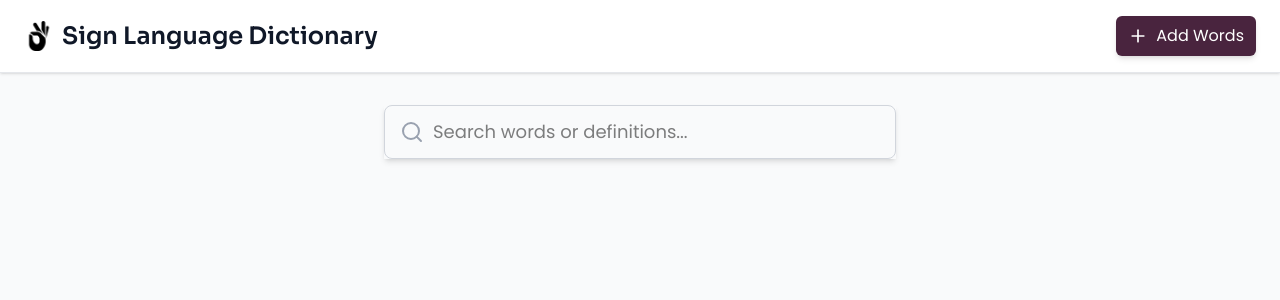
Repository: jabir12-12/sign-setu
Page: /
These files come from the project's save history. The page is drawn as it stood at one moment and after the next save; the edit follows.
The browser window is 1280 px wide. The pictures show the whole page.
The project was rebuilt for these pictures with package versions that can differ from the ones it lists, and the page was loaded fresh each time. The framework's server and built-in components were replaced by stand-ins that run in the browser. Also part of the build but not shown: next.config.ts.

Above is the page before, as saved 2025-05-27 16:23:42.

### app/page.tsx
'use client';
import React from 'react';
import Image from 'next/image';
import { Plus, Search } from 'lucide-react';

export default function StockDashboard() {
  return (
    <div className="bg-gray-50 min-h-screen flex flex-col">
      {/* Header */}
      <header className="sticky top-0 z-10 flex flex-wrap justify-between items-center px-4 md:px-6 py-3 md:py-4 bg-white border-b border-gray-200 shadow-sm">
        {/* Left: Logo & Title */}
        <div className="flex items-center space-x-2 mb-2 md:mb-0 justify-center">
          <Image
            src="/images/ok.png"
            alt="Logo icon"
            width={30}
            height={30}
          />
          <h1 className="text-gray-900 font-semibold text-lg md:text-2xl whitespace-nowrap">
            Sign Language Dictionary
          </h1>
        </div>

        {/* Right: Add Button */}
        <div className="flex items-center gap-2">
          <button className="bg-[#49243E] text-white px-3 py-2 rounded-full md:rounded-md flex items-center justify-center hover:bg-[#704264] transition-colors duration-200 shadow-md hover:shadow-md">
            <Plus className="w-5 h-5" />
            <span className="hidden md:inline ml-2">Add Words</span>
          </button>
        </div>
      </header>

      {/* Centered Search Bar */}
      <div className="flex justify-center mt-8 px-4">
        <div className="relative w-full max-w-lg shadow-md">
          <span className="absolute inset-y-0 left-0 pl-4 flex items-center text-gray-400">
            <Search className="w-6 h-6" /> {/* Bigger icon */}
          </span>
          <input
            type="text"
            placeholder="Search words or definitions..."
            className="w-full pl-12 pr-5 py-3 text-lg border border-gray-300 rounded-lg focus:outline-none focus:ring-2 focus:ring-[#BB8493] focus:border-[#BB8493] hover:border-gray-400 transition-all duration-200"
          />
        </div>
      </div>

    </div>
  );
}

### app/globals.css
@import url('https://fonts.googleapis.com/css2?family=Poppins:wght@400;500;600&family=Inter:wght@400;500;600&family=Sora:wght@400;500;600;700;800&display=swap');
@import url('https://fonts.googleapis.com/css2?family=Inter:wght@400;700&display=swap');

@import "tailwindcss";

body {
  background-color: #f7f8fb;
  margin: 0;
  padding: 0;
  font-family: 'Poppins', sans-serif;
  justify-content: center;
  align-items: center;
  height: 100vh;
}

.video-js .vjs-playback-rate {
  font-size: 10px;
  transform: translateY(12px);
  /* Moves the button down by 10px */

}

.heading .head {
  font-family: 'Sora', sans-serif;
  font-size: 24px;
  /* Example size */
  font-weight: 700;
}

/* Example for other headings if needed */
h1,
h2,
h3,
h4,
h5,
h6 {
  font-family: 'Sora', sans-serif;
}

h3 {
  font-size: 18px;
  font-weight: 600;
}

/* Ensure that other text elements use Poppins */
p,
span,
div {
  font-family: 'Poppins', sans-serif;
}

.button {
  outline: none;
}

/* Custom scrollbar styles */

::-webkit-scrollbar {
  width: 7px;
  height: 7px;
}

::-webkit-scrollbar-thumb {
  background-color: rgba(234, 236, 240, 1);
  ;

  border-radius: 100px;
}

::-webkit-scrollbar-track {
  background: "white";

}

/* THIS IS FOR TEXT-EDITOR IN DISSCUSSION TAB --------------------------*/
.custom-quill .ql-container {
  border: none !important;
  /* Remove the border from the container */
}

.custom-quill .ql-editor {
  border: none !important;
  /* Ensure no border around the editor */
}

.custom-quill:focus {
  outline: none;
  /* Remove outline on focus */
}

.custom-quill .ql-editor {
  font-size: 16px;
  /* Set text size to 16px */
  font-family: 'Poppins', sans-serif;
  font-style: normal;
  /* Use the Poppins font */

}

.custom-quill .ql-editor:empty::before {

  /* Show placeholder */
  color: #667085;
  /* Placeholder color */
  font-family: 'Poppins', sans-serif;
  font-style: normal;
  /* Poppins font for placeholder */
  font-size: 16px;
  /* Placeholder size */
  position: absolute;
  /* Position it absolutely */
  left: 10px;
  /* Adjust according to your padding */
  top: 10px;
  /* Adjust according to your padding */
  pointer-events: none;
  /* Prevent interaction */
}

.custom-quill .ql-editor:focus::before {
  display: none;
  /* Hide placeholder on focus */
}

/* -------------------------------------------------- */
/* FOR TOOLTIP FOR TEST PAGE ONLY ->learn Tab */


.tooltipText {
  position: absolute;
  color: white;
  bottom: 125%;
  /* Position above the button */
  left: 50%;
  /* Center horizontally */
  transform: translateX(-50%);
  /* Adjust to center the tooltip */

  z-index: 3;
  background-color: #131313;
  box-shadow: 0 5px 10px rgba(0, 0, 0, 0.3);
  padding: 6px 14px;
  /* Padding inside the tooltip */
  width: 204px;
  /* Fixed width */
  height: auto;
  /* Hug content (height grows with content) */
  min-height: 78px;
  /* Minimum height */
  font-size: 15px;
  font-weight: 400;
  border-radius: 5px;
  white-space: normal;
  /* Allow text wrapping for longer content */
  opacity: 0;
  pointer-events: none;
  transition: all 0.4s ease;
}

.tooltip:hover .tooltipText {
  opacity: 1;
  pointer-events: auto;
  transform: translate(-50%, -10px);
  /* Move tooltip slightly up on hover */
}

.drawer-overlay {
  background-color: transparent !important;
  /* Makes the overlay transparent */
}

/* magic.module.css */
.customCheckbox input[type="checkbox"]:checked {
  background-color: #9012FF;
  border-color: #9012FF;
}

/* Add this to your global CSS file */
.ql-container .ql-editor img {
  cursor: pointer;
}

.image-resizer {
  border: 1px dashed #999;
  position: absolute;
}

.image-resizer .resize-handle {
  background-color: #fff;
  border: 1px solid #999;
  height: 8px;
  width: 8px;
  position: absolute;
}

.image-resizer .resize-handle.se {
  bottom: -5px;
  right: -5px;
  cursor: se-resize;
}

.image-resizer .resize-handle.sw {
  bottom: -5px;
  left: -5px;
  cursor: sw-resize;
}

.image-resizer .resize-handle.ne {
  top: -5px;
  right: -5px;
  cursor: ne-resize;
}

.image-resizer .resize-handle.nw {
  top: -5px;
  left: -5px;
  cursor: nw-resize;
}


@layer base {
  :root {
    --radius: 0.5rem;
    --chart-1: 12 76% 61%;
    --chart-2: 173 58% 39%;
    --chart-3: 197 37% 24%;
    --chart-4: 43 74% 66%;
    --chart-5: 27 87% 67%;
  }

  .dark {
    --chart-1: 220 70% 50%;
    --chart-2: 160 60% 45%;
    --chart-3: 30 80% 55%;
    --chart-4: 280 65% 60%;
    --chart-5: 340 75% 55%;
  }
}

Loaded but not shown: app/layout.tsx (common file)

After the next save:
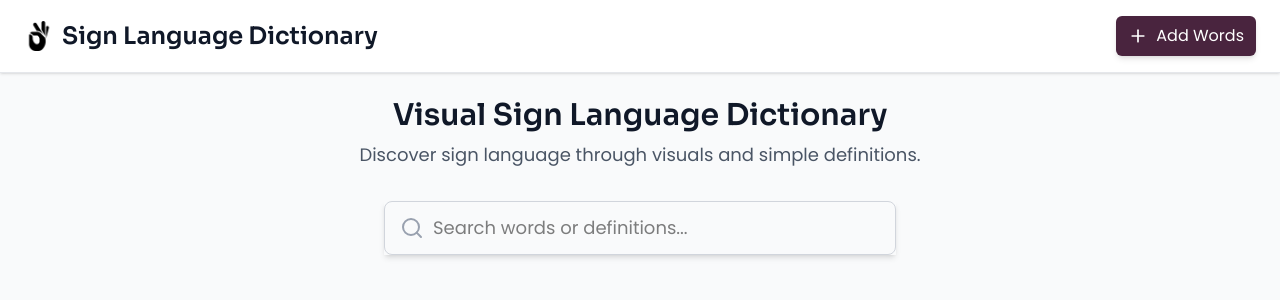
Saved 50 s later.
--- a/app/page.tsx
+++ b/app/page.tsx
@@ -31,6 +31,15 @@ export default function StockDashboard() {
       </header>
 
       {/* Centered Search Bar */}
+      <div className="text-center mt-6 px-4">
+        <h2 className="text-2xl md:text-3xl font-semibold text-gray-900">
+          Visual Sign Language Dictionary
+        </h2>
+        <p className="text-md md:text-lg text-gray-600 mt-2">
+          Discover sign language through visuals and simple definitions.
+        </p>
+      </div>
+
       <div className="flex justify-center mt-8 px-4">
         <div className="relative w-full max-w-lg shadow-md">
           <span className="absolute inset-y-0 left-0 pl-4 flex items-center text-gray-400">
